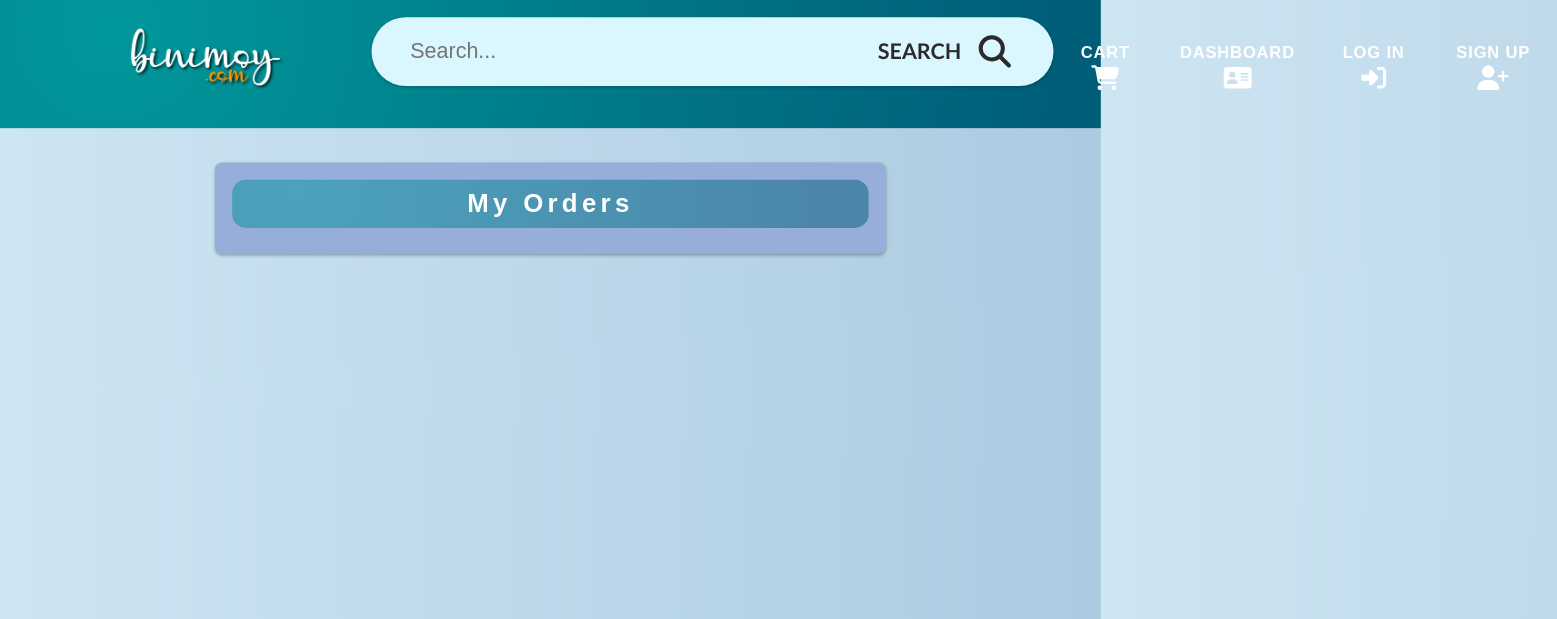
Repository: Shadman2024/2_1_DatabaseProject
Page: /orders (app in frontend/)
The author's editor kept a copy of each file at every save. The page is drawn from the files as they stood at one save, then again after the next save.
The browser window is 1280 px wide. The page is 1811 px wide, so the pictures cover 1811 px, including what lies to the right of the window. The pictures show the whole page, at 86% of full size.
The page's requests for data from a server got no answer. Some web libraries are served in a nearby version. The project was rebuilt for these pictures with package versions that can differ from the ones it lists, and the page was loaded fresh each time. No one was signed in, and anything a server would have sent is missing. Also part of the build but not shown: frontend/src/App.css, frontend/src/signUp/signup.js, frontend/src/logIn/login.js, frontend/src/Home/home.module.css, frontend/src/Home/hero.js, frontend/src/Home/hero2.js, frontend/src/Home/hero3.js, frontend/src/Home/smallcategory.module.css and 34 more.

Above is the page before, as saved 2024-03-09 14:07:36.

After the next save:
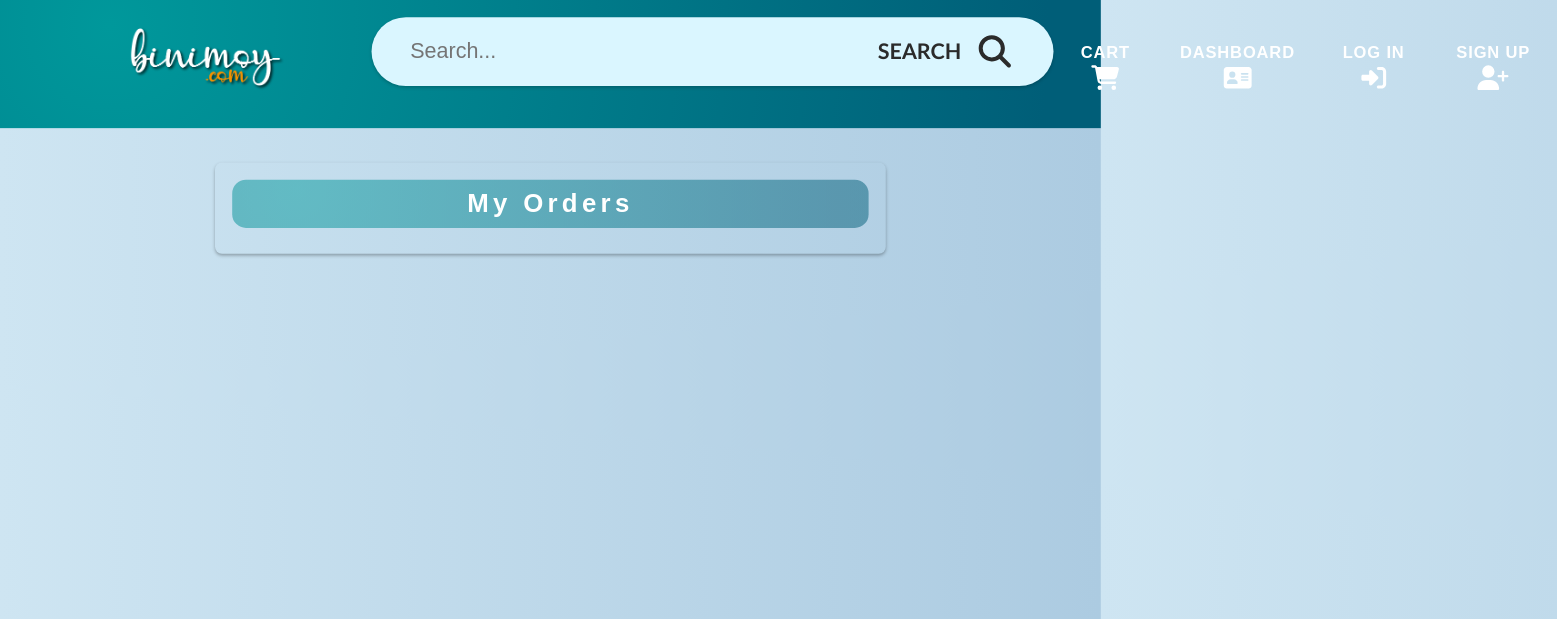
Saved 7 s later.
--- a/frontend/src/orders/orders.module.css
+++ b/frontend/src/orders/orders.module.css
@@ -13,7 +13,7 @@
   /* background-color: #f9f9f9; */
   border-radius: 8px;
   box-shadow: 0 2px 4px rgba(0,0,0,0.3);
-  background-color: #97adda;
+  /* background-color: #97adda; */
 }
 
 .title {
